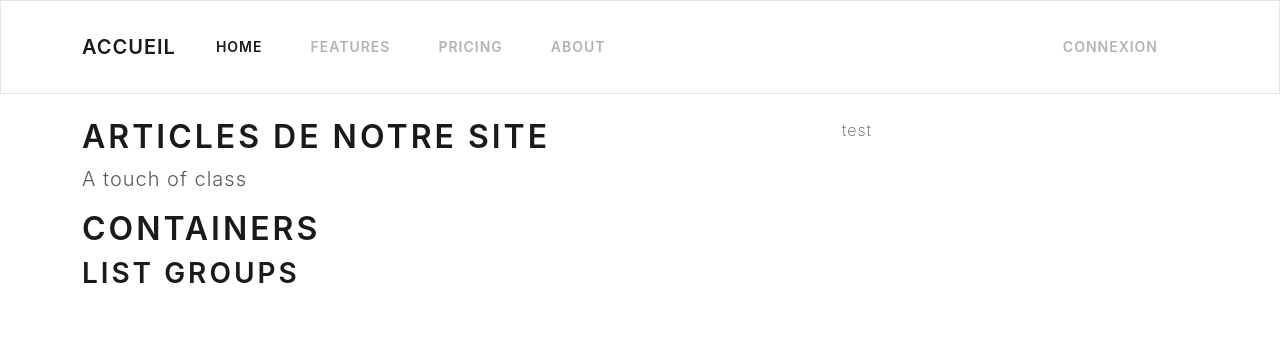
Repository: cahitYes/PDO
Page: http://localhost/?connect
The author's editor kept a copy of each file at every save. The page is drawn from the files as they stood at one save, then again after the next save.
The browser window is 1280 px wide. The pictures show the whole page.
Some web fonts or font styles are not loaded; a fallback is used. The page is run by PHP 8.4 with error messages shown; the project is at /var/www/html/.

Above is the page before, as saved 2022-02-15 14:22:41.

After the next save:
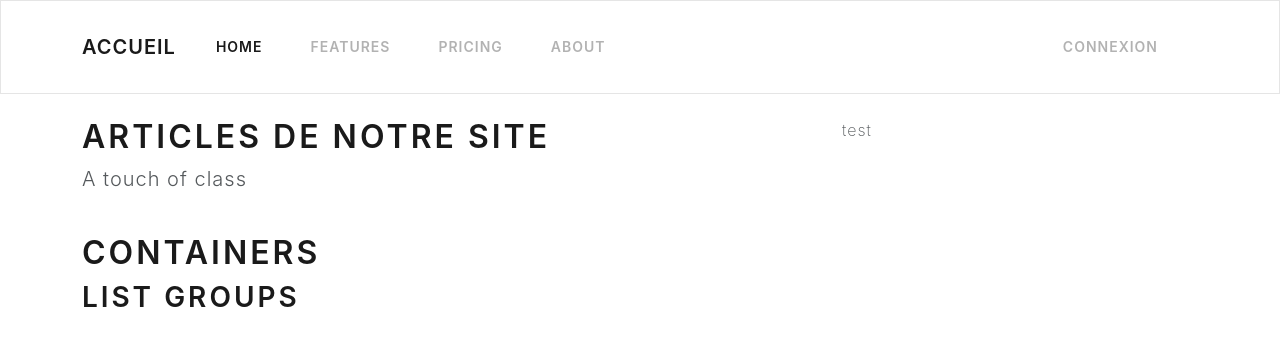
Saved 7 s later.
--- a/pdo_1/exemple2/view/publicView/publicHomepageView.php
+++ b/pdo_1/exemple2/view/publicView/publicHomepageView.php
@@ -54,7 +54,7 @@
     </div>
   </div>
 
-  <div class="container">
+  <div class="container mt-4">
     <div class="bs-docs-section">
       <div class="row">
         <div class="col-lg-12">
